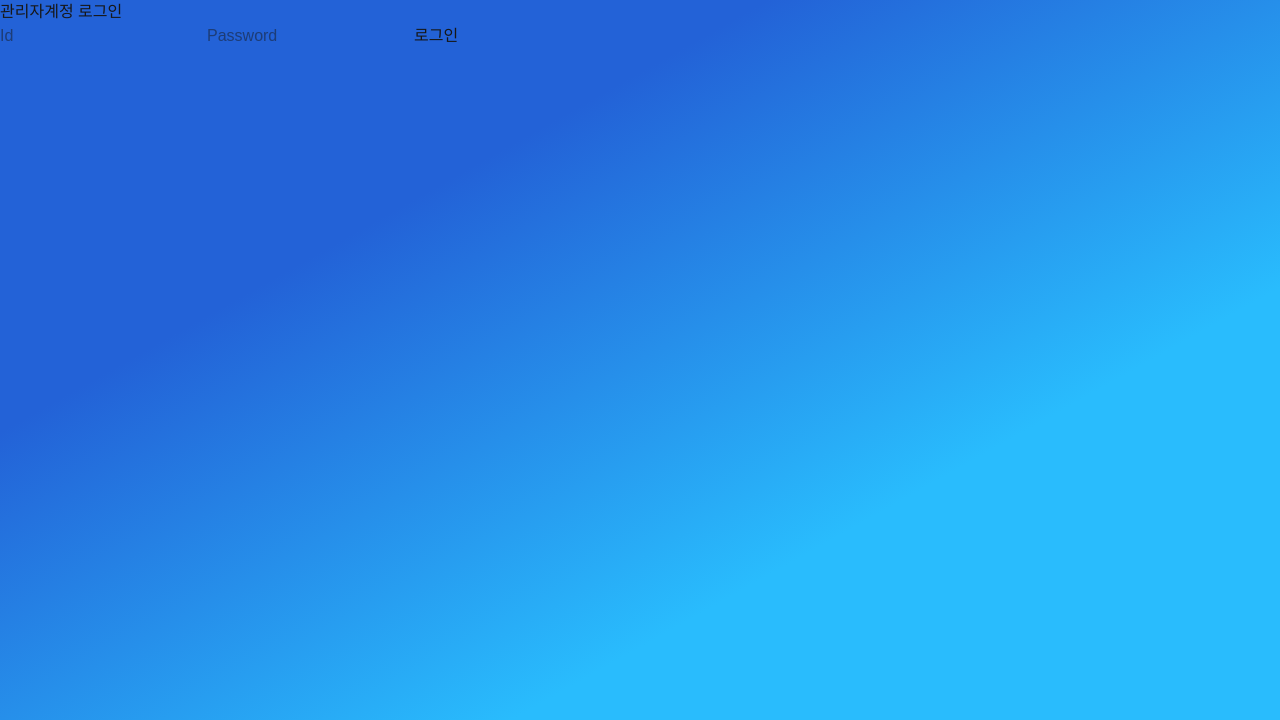
Repository: LEEYONGJUN3068/cms
Page: /login
The author's editor kept a copy of each file at every save. The page is drawn from the files as they stood at one save, then again after the next save.
The browser window is 1280 px wide. The pictures show the whole page.
The page's requests for data from a server got no answer. The project was rebuilt for these pictures with package versions that can differ from the ones it lists, and the page was loaded fresh each time. The framework's server and built-in components were replaced by stand-ins that run in the browser. No one was signed in, and anything a server would have sent is missing. Also part of the build but not shown: next.config.mjs.

Above is the page before, as saved 2025-09-23 13:23:50.

### src/app/layout.js
import { Geist, Geist_Mono } from "next/font/google";
import "./globals.css";
import AppLoader from "@/components/AppLoader";

const geistSans = Geist({
  variable: "--font-geist-sans",
  subsets: ["latin"],
});

const geistMono = Geist_Mono({
  variable: "--font-geist-mono",
  subsets: ["latin"],
});

export const metadata = {
  title: "Create Next App",
  description: "Generated by create next app",
};

export default function RootLayout({ children }) {
  return (
    <html lang="en">
      <body
        className={`${geistSans.variable} ${geistMono.variable} antialiased`}
      >
        <AppLoader>{children}</AppLoader>
      </body>
    </html>
  );
}

### src/app/login/page.jsx
'use client'
import { useState } from 'react'
import { supabase } from '@/lib/supabaseClient'
import { useRouter } from 'next/navigation'
import styles from './login.module.scss'

export default function Login() {
  const [email,setEmail] = useState('')
  const [password,setPassword] = useState('')
  const router = useRouter()

  const handleLogin = async (e) => {
    e.preventDefault()
    const { data, error } = await supabase.auth.signInWithPassword({ email, password })
    if (error) alert(error.message)
    else router.push('/dashboard')
  }

  return (
    <div className={styles.loginContainer}>
      <h2>관리자계정 로그인</h2>
      <div className={styles.loginForm}>
        <form onSubmit={handleLogin}>
          <input
            type="email"
            placeholder="Id"
            value={email}
            onChange={(e)=>setEmail(e.target.value)}
            required
          />
          <input
            type="password"
            placeholder="Password"
            value={password}
            onChange={(e)=>setPassword(e.target.value)}
            required
          />
          <button type="submit">로그인</button>
        </form>
      </div>
    </div>
  )
}

### src/components/AppLoader.jsx
"use client";

import { useState, useEffect } from "react";
import dynamic from 'next/dynamic'; // dynamic import 추가

// LoadingScreen 컴포넌트를 dynamic으로 불러오고, ssr을 false로 설정합니다.
// 이렇게 하면 이 컴포넌트는 오직 브라우저에서만 렌더링됩니다.
const LoadingScreen = dynamic(() => import('./LoadingScreen'), { ssr: false });

const AppLoader = ({ children }) => {
  const [loading, setLoading] = useState(true);

  useEffect(() => {
    const isFirstVisit = sessionStorage.getItem("isFirstVisit");

    if (isFirstVisit) {
      setLoading(false);
    } else {
      sessionStorage.setItem("isFirstVisit", "false");
      setTimeout(() => {
        setLoading(false);
      }, 3000);
    }
  }, []);

  return loading ? <LoadingScreen /> : <>{children}</>;
};

export default AppLoader;

### src/app/login/login.module.scss
.loginContainer{
    background: linear-gradient(to bottom right, #2362d7 30%, #29bcfd 70%);
    width: 100%;
    height: 100vh;
}

### src/components/LoadingScreen.jsx
"use client";

// lottie-react에서 Player를 가져옵니다.
import { Player } from "@lottiefiles/react-lottie-player";

const LoadingScreen = () => {
  return (
    <div style={{
      position: 'fixed',
      top: 0,
      left: 0,
      width: '100%',
      height: '100%',
      backgroundColor: '#000',
      display: 'flex',
      flexDirection: 'column',
      justifyContent: 'center',
      alignItems: 'center',
      zIndex: 9999,
    }}>
        <p style={{
            fontSize: 'clamp(0px, 5vw, 32px)',
            fontWeight: 'bold',
        }}>
          포트폴리오 화면을 구성중입니다
        </p>
        <Player
          autoplay
          loop
          src="https://lottie.host/dfe9ce55-f0b7-4bb0-bcd2-241897b61dec/JhkEyDhSuU.json"
          style={{ width: 'clamp(0px, 50vw, 300px)', height: 'auto' }}
        />
    </div>
  );
};

export default LoadingScreen;

Loaded but not shown: src/app/globals.css (common file); src/lib/supabaseClient.js (common file)

After the next save:
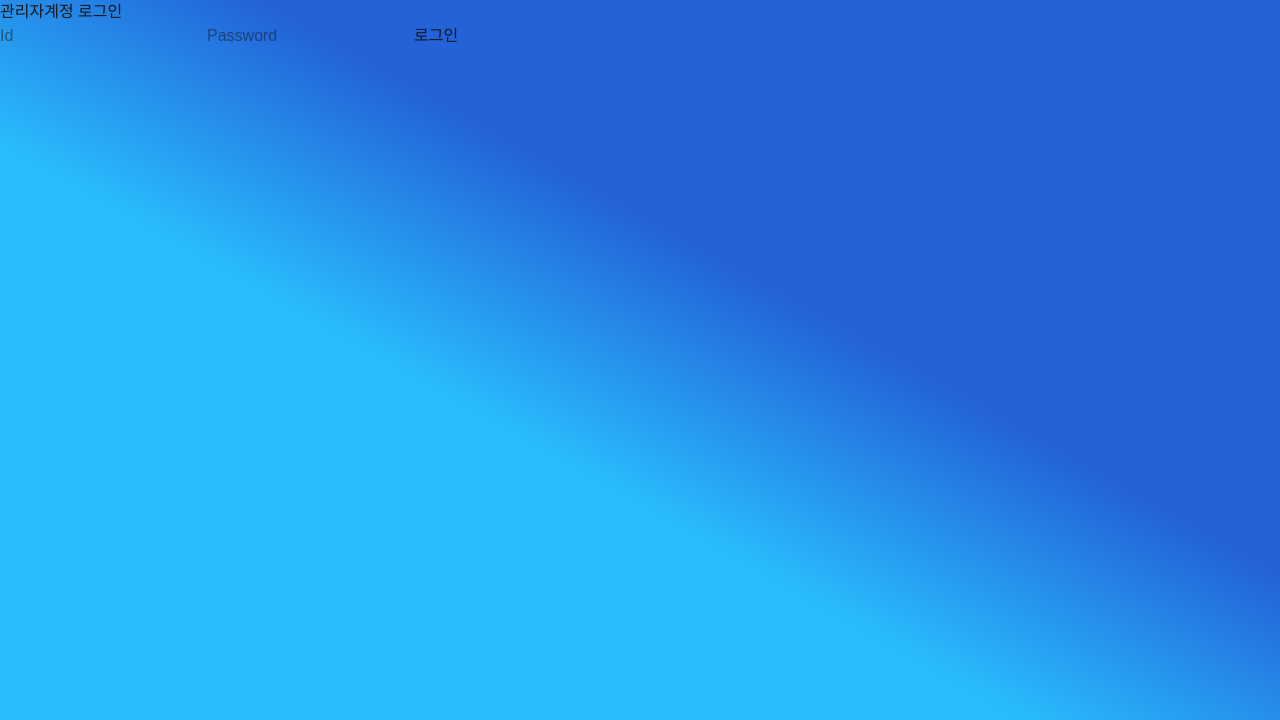
Saved 14 s later.
--- a/src/app/login/login.module.scss
+++ b/src/app/login/login.module.scss
@@ -1,5 +1,5 @@
 .loginContainer{
-    background: linear-gradient(to bottom right, #2362d7 30%, #29bcfd 70%);
+    background: linear-gradient(to bottom left, #2362d7 40%, #29bcfd 60%);
     width: 100%;
     height: 100vh;
 }
